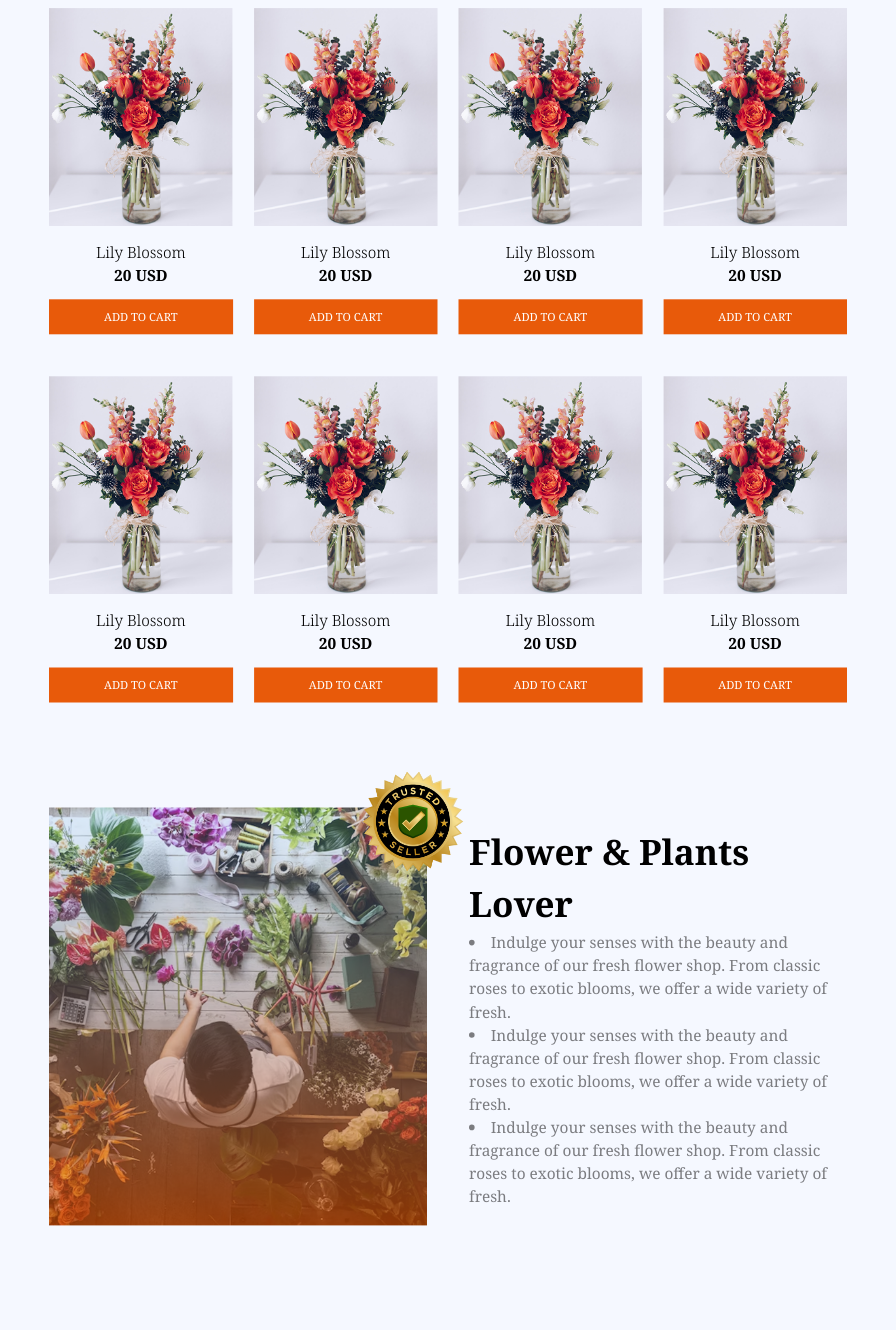
Repository: nahid-hasann/website-7
Page: index.html
An editor plug-in stored every save of this project. The page is shown before and after a run of saves, followed by the edit.
The browser window is 1280 px wide. The pictures show the part of the page from y = 1022 to 2942 px (the page is 2922 px tall before and 2942 px after), at 70% of full size.
Some web libraries are served in a nearby version.

Above is the page before, as saved 2025-07-24 13:09:28.

After the next 2 saves:
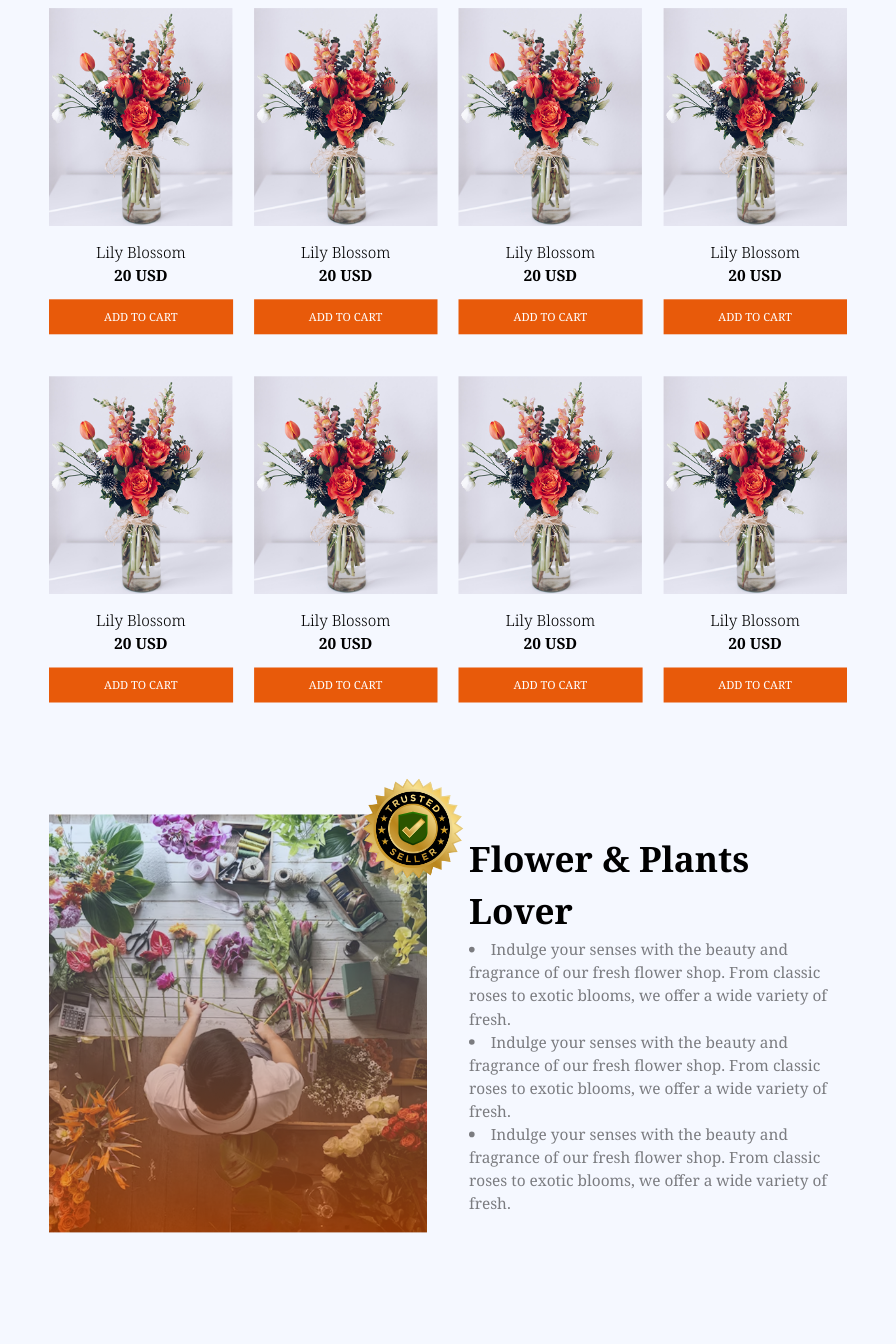
The 2 saves are shown as one change because they came seconds apart.
The last was saved 18 s later.
--- a/style.css
+++ b/style.css
@@ -145,7 +145,7 @@ nav{
 
 .plants-lover-section{
     width: 1140px;
-    margin: 150px auto;
+    margin: 160px auto;
 }
 
 
